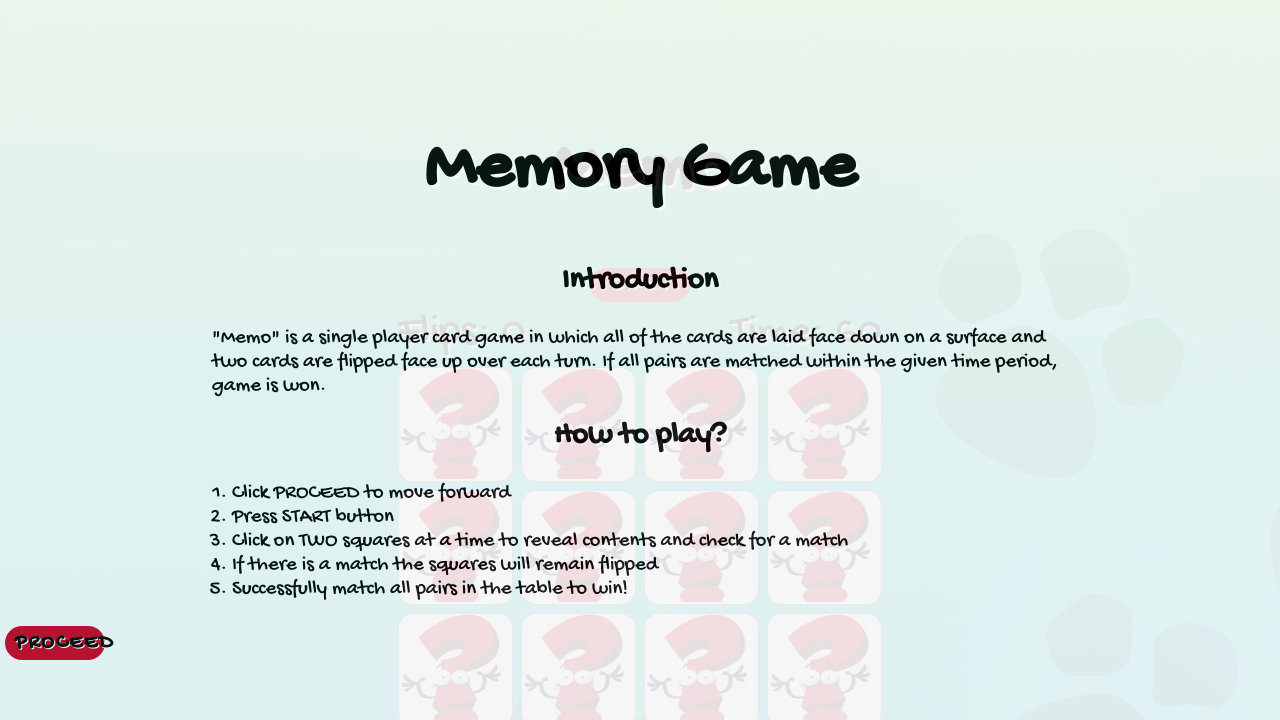
Repository: lauramika/Memory-Game
Page: index.html
The author's editor kept a record of every edit. The page is drawn from the files as they stood at one moment, then again after the next edit.
The browser window is 1280 px wide. The pictures show the window.
A layer covers the whole window, so only the first screen is drawn.

Above is the page before.

### index.html
<!DOCTYPE html>
<html lang = 'en'>
    <head>
        <meta name="viewport" content="width=device-width, initial-scale=1.0">
        <link rel="stylesheet" href="style.css" type="text/css" />
        <title>Memory Game</title>
    </head>
    <body>
        <!--overlay actice when program is loaded,by clicking anywhere on the screen, overlay is hidden-->
         <div id="overlay">
            <!--Main heading, title-->
            <h1 class="title-game">Memory Game</h1>
            <!--Intro what this game is about-->
            <div id="intro">
                <h2>Introduction</h2>
                    <p>"Memo" is a single player card game in which all of the cards are
                    laid face down on a surface and two cards are flipped face up over
                    each turn. If all pairs are matched within the given time
                    period, game is won.</p>
            </div>
            <!--explanation how to play the game-->
            <div class="how-to-play">
                <h2>How to play?</h2>
                  <ol>
                    <li>Click PROCEED to move forward</li>
                    <li>Press START button</li>
                    <li>Click on TWO squares at a time to reveal contents and check for a match</li>
                    <li>If there is a match the squares will remain flipped </li>
                    <li>Successfully match all pairs in the table to win!</li>
                  </ol>
             </div>
             <button class="proceed" onclick="off()">Proceed</button>
          </div>
          <h1 class="title-game" id="memo">Memo</h1>
          <!--start, reset and quit buttons-->
        <div class="buttons">
            <button class="start" id="start" onclick="shuffle()">Start</button>
        </div>
        <!--Main container that holds all the cards-->
        <div class="main-container" id="main">
            <div class= "rules-container">
                <div class="level-container">
                    Flips: <span id="flips">0</span>
                </div>
                <div class="time-container">
                    Time: <span id="time-left">60</span>
                </div>
            </div>
            <!--Cards-->
            <div class="cards">
                <div class="front-face">
                    <img src="images/camera.png">
                </div>
                 <div class="back-face">
                   <img src="images/question.jpg">
                </div>
            </div>

            <div class="cards">
                <div class="front-face">
                    <img src="images/camera.png">
                </div>
                 <div class="back-face">
                   <img src="images/question.jpg">
                </div>
            </div>

            <div class="cards">
                <div class="front-face">
                    <img src="images/bomb.png">
                </div>
                 <div class="back-face">
                   <img src="images/question.jpg">
                </div>
            </div>

            <div class="cards">
                <div class="front-face">
                    <img src="images/bomb.png">
                </div>
                 <div class="back-face">
                   <img src="images/question.jpg">
                </div>
            </div>

            <div class="cards">
                <div class="front-face">
                    <img src="images/garfield.jpg">
                </div>
                 <div class="back-face">
                   <img src="images/question.jpg">
                </div>
            </div>

            <div class="cards">
                <div class="front-face">
                    <img src="images/garfield.jpg">
                </div>
                 <div class="back-face">
                   <img src="images/question.jpg">
                </div>
            </div>

            <div class="cards">
                <div class="front-face">
                    <img src="images/ladybug.jpg">
                </div>
                 <div class="back-face">
                   <img src="images/question.jpg">
                </div>
            </div>

            <div class="cards">
                <div class="front-face">
                    <img src="images/ladybug.jpg">
                </div>
                 <div class="back-face">
                   <img src="images/question.jpg">
                </div>
            </div>

            <div class="cards">
                <div class="front-face">
                    <img src="images/puppy.jpg">
                </div>
                 <div class="back-face">
                   <img src="images/question.jpg">
                </div>
            </div>

            <div class="cards">
                <div class="front-face">
                    <img src="images/puppy.jpg">
                </div>
                 <div class="back-face">
                   <img src="images/question.jpg">
                </div>
            </div>

            <div class="cards">
                <div class="front-face">
                    <img src="images/star.jpg">
                </div>
                 <div class="back-face">
                   <img src="images/question.jpg">
                </div>
            </div>

            <div class="cards">
                <div class="front-face">
                    <img src="images/star.jpg">
                </div>
                 <div class="back-face">
                   <img src="images/question.jpg">
                </div>
            </div>

            <div class="cards">
                <div class="front-face">
                    <img src="images/frog.jpg">
                </div>
                 <div class="back-face">
                   <img src="images/question.jpg">
                </div>
            </div>

            <div class="cards">
                <div class="front-face">
                    <img src="images/frog.jpg">
                </div>
                 <div class="back-face">
                   <img src="images/question.jpg">
                </div>
            </div>
            <div class="cards">

                <div class="front-face">
                    <img src="images/bananas.jpg">
                </div>
                 <div class="back-face">
                   <img src="images/question.jpg">
                </div>
            </div>

            <div class="cards">
                <div class="front-face">
                    <img src="images/bananas.jpg">
                </div>
                 <div class="back-face">
                   <img src="images/question.jpg">
                </div>
            </div>
        </div>
        <div class="buttons" id="hide">
            <button class="reset" onclick="on()">Back</button>
            <button class="quit" onclick="end()">Quit</button>
        </div>
        <div class="end" id="quitOverlay">
            <h1 class="title-game">Game Over<br>
            Come back next time</h1>
            <button id="reload" onclick="reload()">Reload</button>
        </div>
        <script type="text/javascript" src="script.js"></script>
    </body>
</html>

### style.css
/*import google font*/
@import url('https://fonts.googleapis.com/css?family=Gochi+Hand&display=swap');
* {
    box-sizing: border-box;
    margin-top: 0;
}
html {
    min-height: 100vh;
}
body {
    margin: 0;
     background-image: url("images/paw-print-941498_1920.jpg");
    font-family: 'Gochi Hand', cursive;
    color: black;
    font-size: 1.3em;
}
h1 {
    text-shadow: 3px 3px white;
}
h2 {
    text-align: center;
    text-shadow: 2px 2px white;
}
p, .times {
    margin: 20px;
}
/*size for intro ann how-to-play divs*/
#intro, .how-to-play{
    margin: auto;
    width: 70%;
}
.title-game {
    padding-top: 10%;
    color:black;
    text-align: center;
    font-size: 3.5em;
}

.rules-container {
    grid-column: 1 / -1;
    display: flex;
    justify-content: space-between;
}
/*container that holds all the cards*/
.main-container {
    display: grid;
    grid-template-columns: repeat(4, auto);
    grid-gap: 8px;
    justify-content: center;
    margin-bottom: 20px;
    color: black;
    text-shadow: 2px 2px white;
    font-size: 2.1em;

}
/*to hide buttons and game board once the game is over*/
#main, #hide, #memo, #start {
     display: visible;
}
/*card styles*/
.cards {
    background-color: white;
    height: 115px;
    width: 115px;
    border-radius: 15px;
    transition: transform .2s;
    border: 1px solid gray;
    position: relative;
    transform-style: preserve-3d;

}
/**************flipping of cards************/
.front-face {
    backface-visibility: hidden;
     transform: rotateY(180deg);
}
.back-face {
    backface-visibility: hidden;
}
.cards:hover {
    transform: scale(1.05);
    transform: rotateY(180deg);
    transition: ease .6s;
}
/*image sizes in desktop view*/
img {
    height: 111px;
    width: 111px;
    border-radius: 15px;
}
/*positioning of images absolute to their parent div*/
.front-face, .back-face {
    position: absolute;
}
.buttons {
    text-align: center;
}
/*start, reset and quit button styles*/
button {
    font-family: 'Gochi Hand', cursive;
    width: 100px;
    font-size: 1em;
    letter-spacing: 2px;
    color: black;
    font-weight: bold;
    text-transform: uppercase;
    background: rgb(199,1,30);
    text-shadow: 1px 1px white;
    padding: 5px 10px;
    border-radius: 30px;
    border: none;
    margin: 5px;
}
button:hover {
   transform: scale(1.1);
   box-shadow: 3px 3px white;
   opacity: 0.9;
}
/*center reload button and resize*/
#reload, #proceed {
    display: flex;
    justify-content: center;
    margin-top: 70px;
    margin: auto;
    padding: 10px 60px;
}
.reset, .quit {
    margin-bottom: 50px;
}
/*overlay div with intro and rules explained*/
#overlay {
  display: visible;
  background-color: whitesmoke;
  z-index: 10;
  position: fixed;
  width: 100%;
  height: 100%;
  top: 0;
  left: 0;
  right: 0;
  bottom: 0;
  opacity: .9;
  padding-bottom: 50px;
}
#quitOverlay {
     display: none;
  background-color: whitesmoke;
  z-index: -5;
  position: fixed;
  width: 100%;
  height: 100%;
  top: 0;
  left: 0;
  right: 0;
  bottom: 0;
  opacity: .9;
  padding-bottom: 50px;
}
/****************************TABLET media queries************************/
@media screen and (max-width: 800px) {
  .cards{
      height: 95px;
      width: 95px;
  }
  img {
      height: 91px;
      width: 91px;
  }
  .main-container {
      grid-gap: 4px;
  }
  .title-game {
      font-size: 2.5em;
  }
  .main-container {
      font-size: 1.6em;
  }
  #intro, .how-to-play {
    width: 90%;
  }
}
 /************************PHONE media queries***************************/
@media screen and (max-width: 480px) {
  .cards{
      height: 70px;
      width: 70px;
  }
  img {
      height: 66px;
      width: 66px;
  }
  .main-container {
      grid-gap: 1px;
  }
  .title-game {
      font-size: 2em;
  }
  .main-container {
      font-size: 1.2em;
  }
  button {
    width: 80px;
    font-size: 1em;
    }
  #intro, .how-to-play {
     width: 95%;
    }
}

### script.js
//to shuffle cards when new game starts
/*function shuffle() {

  var tiles = Array.from(document.getElementsByClassName("cards"));
  var current = tiles.length;
  var index, temp;

  while (current > 0) {
    index = Math.floor(Math.random() * current);
    current--;

    temp = tiles[current];
    tiles[current] = tiles[index];
    tiles[index] = temp;
  }
   document.getElementsByClassName("cards") = tiles.innerHTML;


}*/

//removes overlay div by clicking anywhere on the screen
function off() {
  document.getElementById("overlay").style.display = "none";
}
//makes overlay visible
function on() {
  document.getElementById("overlay").style.display = "block";
}
//when player click quit button quitOverlay becomes visible
function end() {
  document.getElementById("quitOverlay").style.display = "block";
  document.getElementById("main").style.display = "none";
  document.getElementById("hide").style.display = "none";
  document.getElementById("memo").style.display = "none";
  document.getElementById("start").style.display = "none";
}

After the next edit:
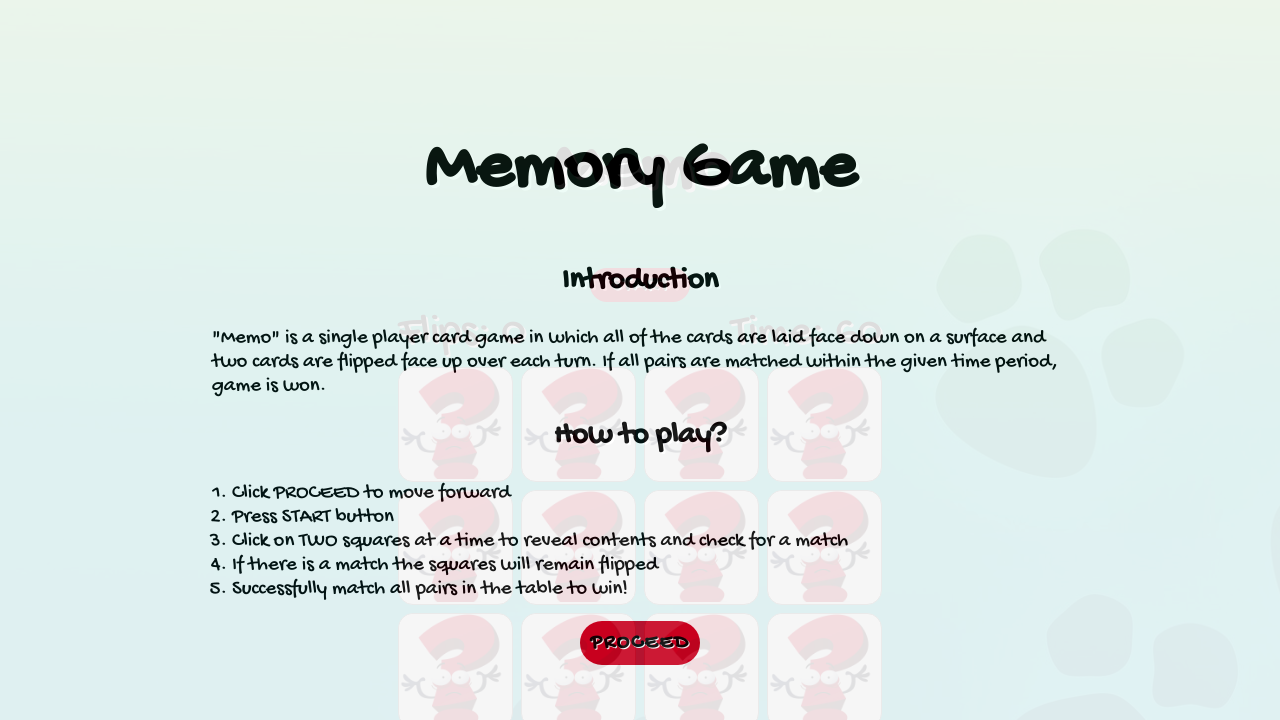
The edit:
--- a/index.html
+++ b/index.html
@@ -29,7 +29,7 @@
                     <li>Successfully match all pairs in the table to win!</li>
                   </ol>
              </div>
-             <button class="proceed" onclick="off()">Proceed</button>
+             <button id="proceed" onclick="off()">Proceed</button>
           </div>
           <h1 class="title-game" id="memo">Memo</h1>
           <!--start, reset and quit buttons-->
